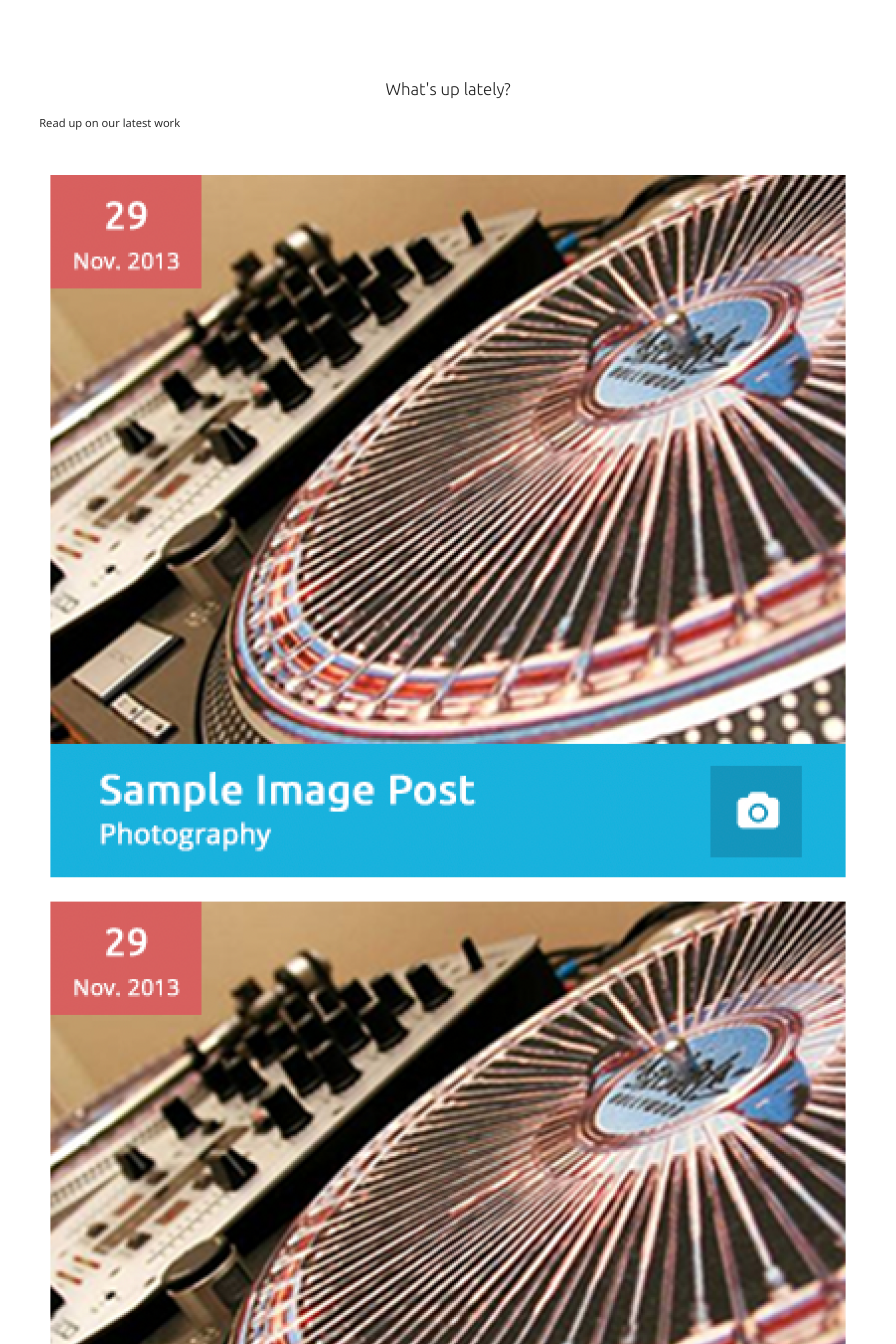
Repository: lpcmendoza/LAB02BF_Group9
Page: index.html
An editor plug-in stored every save of this project. The page is shown before and after the next save, followed by the edit.
The browser window is 1280 px wide. The pictures show the part of the page from y = 2330 to 4250 px (the page is 15253 px tall before and 14739 px after), at 70% of full size.

Above is the page before, as saved 2024-02-11 22:50:12.

### index.html
<!doctype html>
<html class="no-js" lang="en">

<head>
  <meta charset="utf-8">
  <meta name="viewport" content="width=device-width, initial-scale=1">
  <title>Metrolics</title>
  <link rel="stylesheet" href="css/style.css">
  <meta name="description" content="Group Blog">

  <meta property="og:title" content="Metrolics">
  <meta property="og:type" content="website">
  <meta property="og:url" content="">
  <meta property="og:image" content="">

  <link rel="icon" href="/favicon.ico" sizes="any">
  <link rel="icon" href="/icon.svg" type="image/svg+xml">
  <link rel="apple-touch-icon" href="icon.png">
  <link rel="preconnect" href="https://fonts.googleapis.com">
  <link rel="preconnect" href="https://fonts.gstatic.com" crossorigin>
  <link href="https://fonts.googleapis.com/css2?family=Ubuntu:ital,wght@0,300;0,400;0,500;1,300&display=swap" rel="stylesheet">
  <link rel="preconnect" href="https://fonts.googleapis.com">
  <link rel="preconnect" href="https://fonts.gstatic.com" crossorigin>
  <link href="https://fonts.googleapis.com/css2?family=Open+Sans:wght@400;700&display=swap" rel="stylesheet">

  <link rel="manifest" href="site.webmanifest">
  <meta name="theme-color" content="#fafafa">
</head>

<body>

  <header class="page-header page-header-home">
    <div class="inner-container">
      <div class="content-container">
        <h1>Metrolics</h1>
      </div>
      <div class="content-container">
        <button class="navigation-button">Home</button>
        <button class="navigation-button">Pages</button>
        <button class="navigation-button">Portfolio</button>
        <button class="navigation-button">Blog</button>
        <button class="navigation-button">E-mail</button>
      </div>
    </div>
  </header>

  <div class="section section-image">
    <div class="inner-container">
      <div class="content-container">
        <img src="img/placeholder.svg" alt="placeholder image">
      </div>
    </div>
  </div>

  <div class="section section-title">
    <div class="inner-container">
      <div class="content-container">
        <h1>Hey guys! This is the Metrolics theme. It sports a responsive layout with a mobile layout.</h1>
      </div>
    </div>
  </div>

  <div class="section section-ourthings">
    <div class="inner-container">
      <div class="what-we-do-container-header">
        <h2>Things that we do</h2>
        <p>Ask us what we can do for you</p>
      </div>
      <div class="what-we-do-content">
        <div class="what-we-do-container-body">
          <img class="icons" src="img/icon-web-solutions.png" alt="Web Solutions Icon">
          <h3>Web Solutions</h3>
          <p>We are a fairly small, flexible design studio that designs for print and web. We work flexibly with clients to fulfil their design needs. Whether you need to create a brand from scratch, including marketing materials.</p>
        </div>
        <div class="what-we-do-container-body">
          <img class="icons" src="img/icon-photography.png" alt="Photography Icon">
          <h3>Photography</h3>
          <p>We are a fairly small, flexible design studio that designs for print and web. We work flexibly with clients to fulfil their design needs. Whether you need to create a brand from scratch, including marketing materials.</p>
        </div>
        <div class="what-we-do-container-body">
          <img class="icons" src="img/icon-web-development.png" alt="Web Development Icon">
          <h3>Web Development</h3>
          <p>We are a fairly small, flexible design studio that designs for print and web. We work flexibly with clients to fulfil their design needs. Whether you need to create a brand from scratch, including marketing materials.</p>
        </div>
        <div class="what-we-do-container-body">
          <img class="icons" src="img/icon-web-design.png" alt="Web Design Icon">
          <h3>Web Design</h3>
          <p>We are a fairly small, flexible design studio that designs for print and web. We work flexibly with clients to fulfil their design needs. Whether you need to create a brand from scratch, including marketing materials.</p>
        </div>
      </div>
    </div>
  </div>

  <div class="section section-news">
    <div class="inner-container">
      <div class="whats-new-header">
        <h2>What's up lately?</h2>
        <p>Read up on our latest work</p>
      </div>
      <div class="whats-new-content">
        <div class="whats-new-body-1">
          <img src="img/news.png" alt="News content">
        </div>
        <div class="whats-new-body-2">
          <img src="img/news.png" alt="News content">
        </div>
        <div class="whats-new-body-3">
          <img src="img/news.png" alt="News content">
        </div>
        <div class="whats-new-body-4">
          <img src="img/news.png" alt="News content">
        </div>
        <div class="whats-new-body-5">
          <img src="img/news.png" alt="News content">
        </div>
      </div>
    </div>
  </div>

  <div class="section section-projects">
    <div class="inner-container">
      <div class="content-container">
        <h2>Our latest projects</h2>
      </div>
      <div class="content-container">
        <img src="img/placeholder.svg" alt="placeholder image">
      </div>
      <div class="content-container">
        <img src="img/placeholder.svg" alt="placeholder image">
      </div>
      <div class="content-container">
        <img src="img/placeholder.svg" alt="placeholder image">
      </div>
      <div class="content-container">
        <img src="img/placeholder.svg" alt="placeholder image">
      </div>
      <div class="content-container">
        <img src="img/placeholder.svg" alt="placeholder image">
      </div>
      <div class="content-container">
        <img src="img/placeholder.svg" alt="placeholder image">
      </div>
    </div>
  </div>

  <div class="section section-things">
    <div class="inner-container">
      <div class="content-container">
        <h2>Things of above</h2>
      </div>
      <div class="content-container">
        <p>content</p>
      </div>
      <div class="content-container">
        <p>content</p>
      </div>
    </div>
  </div>

  <div class="section section-clients">
    <div class="inner-container">
      <div class="content-container">
        <p>client</p>
      </div>
      <div class="content-container">
        <p>client</p>
      </div>
      <div class="content-container">
        <p>client</p>
      </div>
      <div class="content-container">
        <p>client</p>
      </div>
      <div class="content-container">
        <p>client</p>
      </div>
    </div>
  </div>

  <script src="js/app.js"></script>

</body>
<footer>
  <div class="page-footer page-footer-home">
    <div class="inner-container">
      <div class="content-container content-container-description">
        <img src="/img/peewee.png" class="img-peewee">
        <h2 class="description-header">Peewee Herman</h2>
        <p class="description-text">Peewee has over 10 years experience in the industry. He is our Creative Director, digital designer, web designer and front-end developer. He is also pretty good with a sketchbook. Before starting the company Peewee worked as a designer and studio manager for a design house who boasted a number of big name clients.</p>
      </div>
      <div class="content-container content-container-social-icons">
        <img src="/img/btn-facebook.png" class="btn-icons">
        <img src="/img/btn-google+.png" class="btn-icons">
        <img src="/img/btn-twitter.png" class="btn-icons">
        <img src="/img/btn-instagram.png" class="btn-icons">
        <img src="/img/btn-rss.png" class="btn-icons">
      </div>
      <div class="content-container content-container-tweets-header">
        <h3 class="tweet-header">Recent Tweets</h3>
      </div>
      <div class="content-container content-container-tweets">
          <img src="/img/icon-tweet.png" class="tweet-icon">
          <p class="tweet-text"><a class="tweet-link">@Minions</a> - ipsum potatoooo potatoooo uuuhhh. <br>
            Chasy poulet tikka masala jiji wiiiii hahaha po kass. </p>
      </div>
      <div class="content-container content-container-tweets">
        <img src="/img/icon-tweet.png" class="tweet-icon">
          <p class="tweet-text"><a class="tweet-link">@Minions</a> - ipsum potatoooo potatoooo uuuhhh. <br>
            Chasy poulet tikka masala jiji wiiiii hahaha po kass. </p>
      </div>
      <div class="bottom-border">

      </div>
    </div>
  </div>
</footer>

</html>

### css/style.css
/* ==========================================================================
    [Table of contents]

    1. BASE
        1.1 Page Rendering Defaults
        1.2 Core Styling
        1.3 Typography
    2. LAYOUT
        2.1 Core Layout
        2.2 Small only
        2.3 medium and up
        2.4 Medium only
        2.5 large screens and up
        2.6 Large only
    3. MODULES
    4. STATES
    5. THEME
    6. UTILITY classes
    7. PRINT

    refer to http://smacss.com/
    ========================================================================== */


/* ==========================================================================
   BASE
   ========================================================================== */


/* 1.1 Page Rendering Defaults */

html {
  color: #222;
  font-size: 1em;
  line-height: 1.4;
}

/*
* Remove text-shadow in selection highlight:
* https://twitter.com/miketaylr/status/12228805301
*
* Customize the background color to match your design.
*/

::-moz-selection {
background: #b3d4fc;
text-shadow: none;
}

::selection {
background: #b3d4fc;
text-shadow: none;
}

/*
* A better looking default horizontal rule
*/

hr {
display: block;
height: 1px;
border: 0;
border-top: 1px solid #ccc;
margin: 1em 0;
padding: 0;
}

/*
* Remove the gap between audio, canvas, iframes,
* images, videos and the bottom of their containers:
* https://github.com/h5bp/html5-boilerplate/issues/440
*/

audio,
canvas,
iframe,
img,
svg,
video {
vertical-align: middle;
}

/*
* Remove default fieldset styles.
*/

fieldset {
border: 0;
margin: 0;
padding: 0;
}

/*
* Allow only vertical resizing of textareas.
*/

textarea {
resize: vertical;
}

/* 1.2 Core Styling */

/* refer to https://css-tricks.com/box-sizing/ */
*,
*:before,
*:after {
  box-sizing: border-box;
}

img {
  width: 100%;
}

.img-peewee {
  grid-column-start: 1;
  grid-column-end: 2;
  vertical-align: center;
}

.content-container-description {
  display: grid;
  grid-template-columns: repeat(2, 1fr);
  grid-template-rows: 1fr;
  column-gap: 1em;
}

.description-header {
  grid-column-start: 2;
  grid-column-end: 3;
  color: #fff;
  text-align: left;
  font-family: 'Ubuntu', sans-serif;
  font-size: 12pt;
}

.description-text {
  color: #fff;
  font-size: 8pt;
  font-family: 'Ubuntu', sans-serif;
  font-style: italic;
  font-weight: light;
  grid-column-start: 2;
  grid-column-end: 3;
  margin-top: -8em;
  overflow: hidden;
  -webkit-box-orient: vertical;
 -webkit-line-clamp: 10;
 display: -webkit-box;
}

.content-container-social-icons {
  display: flex;
  justify-content: center;
  gap: 3pt;
}

.btn-icons {
  width: 20%;
  height: 20%;
}

.content-container-tweets-header {
  border-bottom: #de6262 1px solid;
  width: 75%;
  padding: 0;
  display: flex;
  justify-content: left;
}

.tweet-header {
  color: #fff;
  font-family: 'Ubuntu', sans-serif;
  font-size: 12pt;
  margin-bottom: 0;
}

.content-container-tweets {
  display: flex;
  justify-content: left;
  flex-direction: row;
  padding: 0;
  padding-top: 1em;
  gap: 1em;
}

.tweet-icon {
  width: 10%;
  height: 10%;
}

.tweet-text {
  color: #fff;
  font-size: 8pt;
  margin-top: 0;
}

.tweet-link {
  color: #1bade6;
  font-weight: bold;
}

.bottom-border {
  width: 100%;
  background-image: linear-gradient(90deg, rgba(22,36,47,1) 0%, rgba(22,36,47,1) 25%, rgba(37,195,137,1) 25%, rgba(37,195,137,1) 35%, rgba(255,185,1,1) 35%, rgba(255,185,1,1) 45%, rgba(222,98,98,1) 45%, rgba(222,98,98,1) 55%, rgba(22,145,189,1) 55%, rgba(22,145,189,1)  65%, rgba(22,107,162,1) 65%, rgba(22,107,162,1) 75%, rgba(22,36,47,1) 75%, rgba(22,36,47,1) 100%);
  margin-bottom: -3em;
  margin-top: 5em;
}

/* 1.3 Typgraphy */

h1,
h2,
h3,
h4,
h5,
h6 {
  font-family: Ubuntu, sans-serif;
  font-weight: 300;
  text-align: center;
}

p {
  font-family: 'Open Sans', Arial, Helvetica, sans-serif;
}


/* ==========================================================================
 2. LAYOUT
 ========================================================================== */


/* Helper to display empty layout containers*/

div,
main,
section,
footer,
header {
  min-height: 1rem;
  padding: 1rem;
}


/* 2.1 Core layout */

.row {
  display: grid;
  row-gap: 1rem;
}

.col {
  position: relative;
  background-color: rgb(242, 230, 177);
}


/* ==========================================================================
 EXAMPLE Media Queries for Responsive Design.
 These examples override the primary ('mobile first') styles.
 Modify as content requires.
 Taken from https://get.foundation/sites/docs-v5/media-queries.html
 (the latest version is adjusted and no longer matches the ones used below)
 ========================================================================== */


/* 2.2 Small only */

@media screen and (max-width: 39.9375em) {
  .s-hide {
      display: none;
  }

  .what-we-do-container-header {
    align-content: center;
    text-align: center;
  }

  .icons {
      max-width: 5em;
      max-height: 5em;
      float: left;
      margin-right: 1em;
  }

  h3 {
      text-align: left;
      margin: 0;
      font-weight: bold;
  }

  .what-we-do-container-body {
      text-align: left;
  }

  .what-we-do-container-body p {
    margin-left: 6em;
  }

  .whats-new-header {
    text-align: center;
  }

  .whats-new-body-1 {
    display: none;
  }
}


/* 2.3 medium and up */

@media screen and (min-width: 40em) {
  .row {
      max-width: 70rem;
      column-gap: 1.5rem;
      row-gap: 1.5rem;
      margin: 0 auto;
  }
  .grid {
      display: grid;
      column-gap: 0.5rem;
      row-gap: 0.5rem;
  }
  .m-col-2 {
      grid-template-columns: 1fr 1fr;
  }
  .m-col-3 {
      grid-template-columns: repeat(3, 1fr);
  }
  .m-col-4 {
      grid-template-columns: repeat(4, 1fr);
  }
  .m-col-5 {
      grid-template-columns: repeat(5, 1fr);
  }
  .m-1-2 {
      grid-template-columns: 1fr 2fr;
  }

  .what-we-do-content {
    display: grid;
    grid-template-columns: 1fr 1fr;
    grid-gap: 1rem;
  }

  .icons {
    max-width: 10em;
    max-height: 10em;
    display: block;
    margin-left: auto;
    margin-right: auto;
    width: 50%;
}

  .what-we-do-container-header {
    align-content: center;
    text-align: center;
  }


  .what-we-do-container-body p {
    text-align: center;
  }

  .what-we-do-container-body h3 {
    text-align: center;
    font-weight: bold;
  }

  .whats-new-body-4 {
    display: none;
  }

  .whats-new-body-5 {
    display: none;
  }

}


/* 2.4 Medium only */

@media screen and (min-width: 40em) and (max-width: 63.9375em) {
  .m-row-span {
      grid-column-start: 1;
      grid-column-end: -1;
  }
  .m-hide {
      display: none;
  }
}


/* 2.5 large screens and up 2.6 Large only */

@media screen and (min-width: 64em) {
  .l-col-2 {
      grid-template-columns: 1fr 1fr;
  }
  .l-col-3 {
      grid-template-columns: repeat(3, 1fr);
  }
  .l-col-4 {
      grid-template-columns: repeat(4, 1fr);
  }
  .l-col-5 {
      grid-template-columns: repeat(5, 1fr);
  }
  .l-col-6 {
      grid-template-columns: repeat(6, 1fr);
  }
  .l-row-span {
      grid-column-start: 1;
      grid-column-end: -1;
  }
  .l-hide {
      display: none;
  }


  .what-we-do-content {
    display: grid;
    grid-template-columns: 1fr 1fr 1fr 1fr;
    grid-gap: 1rem;
  }

  .icons {
    max-width: 10em;
    max-height: 10em;
    display: block;
    margin-left: auto;
    margin-right: auto;
    width: 50%;
}

  .what-we-do-container-header {
    align-content: center;
    text-align: center;
  }


  .what-we-do-container-body p {
    text-align: center;
  }

  .what-we-do-container-body h3 {
    text-align: center;
    font-weight: bold;
  }

}


/* ==========================================================================
 2. MODULES
 ========================================================================== */


/* ==========================================================================
 2. STATES
 ========================================================================== */


/* ==========================================================================
 2. THEME
 ========================================================================== */

footer {
  background-color: #16242f;
}

/* ==========================================================================
 6. UTILITY classes
 ========================================================================== */
/*
* Hide visually and from screen readers
*/

.hidden,
[hidden] {
display: none !important;
}

/*
* Hide only visually, but have it available for screen readers:
* https://snook.ca/archives/html_and_css/hiding-content-for-accessibility
*
* 1. For long content, line feeds are not interpreted as spaces and small width
*    causes content to wrap 1 word per line:
*    https://medium.com/@jessebeach/beware-smushed-off-screen-accessible-text-5952a4c2cbfe
*/

.visually-hidden {
border: 0;
clip: rect(0, 0, 0, 0);
height: 1px;
margin: -1px;
overflow: hidden;
padding: 0;
position: absolute;
white-space: nowrap;
width: 1px;
/* 1 */
}

/*
* Extends the .visually-hidden class to allow the element
* to be focusable when navigated to via the keyboard:
* https://www.drupal.org/node/897638
*/

.visually-hidden.focusable:active,
.visually-hidden.focusable:focus {
clip: auto;
height: auto;
margin: 0;
overflow: visible;
position: static;
white-space: inherit;
width: auto;
}

/*
* Hide visually and from screen readers, but maintain layout
*/

.invisible {
visibility: hidden;
}

/*
* Clearfix: contain floats
*
* The use of `table` rather than `block` is only necessary if using
* `::before` to contain the top-margins of child elements.
*/

.clearfix::before,
.clearfix::after {
content: "";
display: table;
}

.clearfix::after {
clear: both;
}

@media print,
(-webkit-min-device-pixel-ratio: 1.25),
(min-resolution: 1.25dppx),
(min-resolution: 120dpi) {
/* Style adjustments for high resolution devices */
}

/* ==========================================================================
 Print styles.
 Inlined to avoid the additional HTTP request:
 https://www.phpied.com/delay-loading-your-print-css/
 ========================================================================== */

@media print {
*,
*::before,
*::after {
  background: #fff !important;
  color: #000 !important;
  /* Black prints faster */
  box-shadow: none !important;
  text-shadow: none !important;
}

a,
a:visited {
  text-decoration: underline;
}

a[href]::after {
  content: " (" attr(href) ")";
}

abbr[title]::after {
  content: " (" attr(title) ")";
}

/*
 * Don't show links that are fragment identifiers,
 * or use the `javascript:` pseudo protocol
 */
a[href^="#"]::after,
a[href^="javascript:"]::after {
  content: "";
}

pre {
  white-space: pre-wrap !important;
}

pre,
blockquote {
  border: 1px solid #999;
  page-break-inside: avoid;
}

tr,
img {
  page-break-inside: avoid;
}

p,
h2,
h3 {
  orphans: 3;
  widows: 3;
}

h2,
h3 {
  page-break-after: avoid;
}
}

Loaded but not shown: js/app.js (no stored copy; drawn as an empty file)

After the next save:
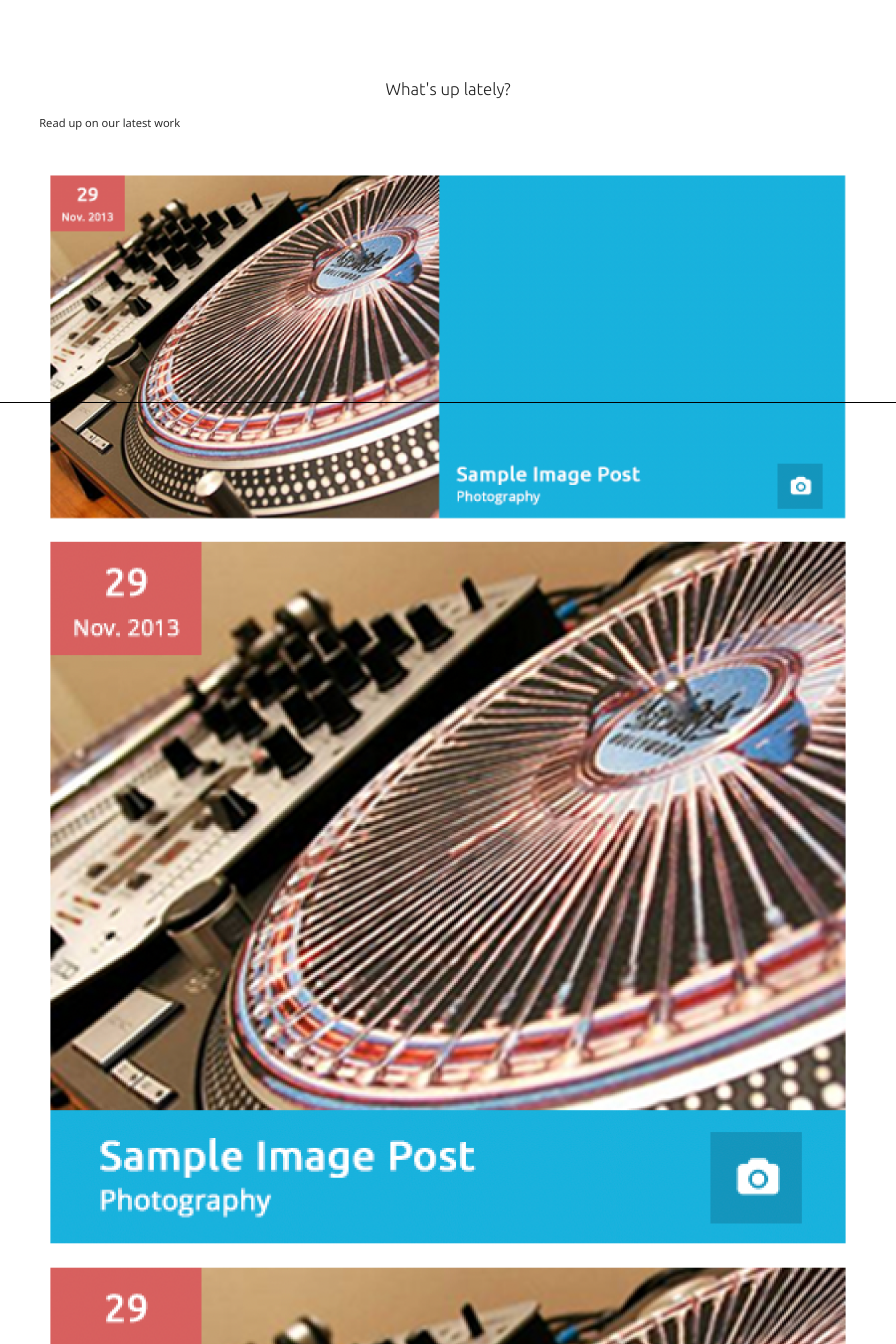
Saved 13 s later.
--- a/index.html
+++ b/index.html
@@ -99,7 +99,7 @@
       </div>
       <div class="whats-new-content">
         <div class="whats-new-body-1">
-          <img src="img/news.png" alt="News content">
+          <img src="img/news-span.png" alt="News content">
         </div>
         <div class="whats-new-body-2">
           <img src="img/news.png" alt="News content">
